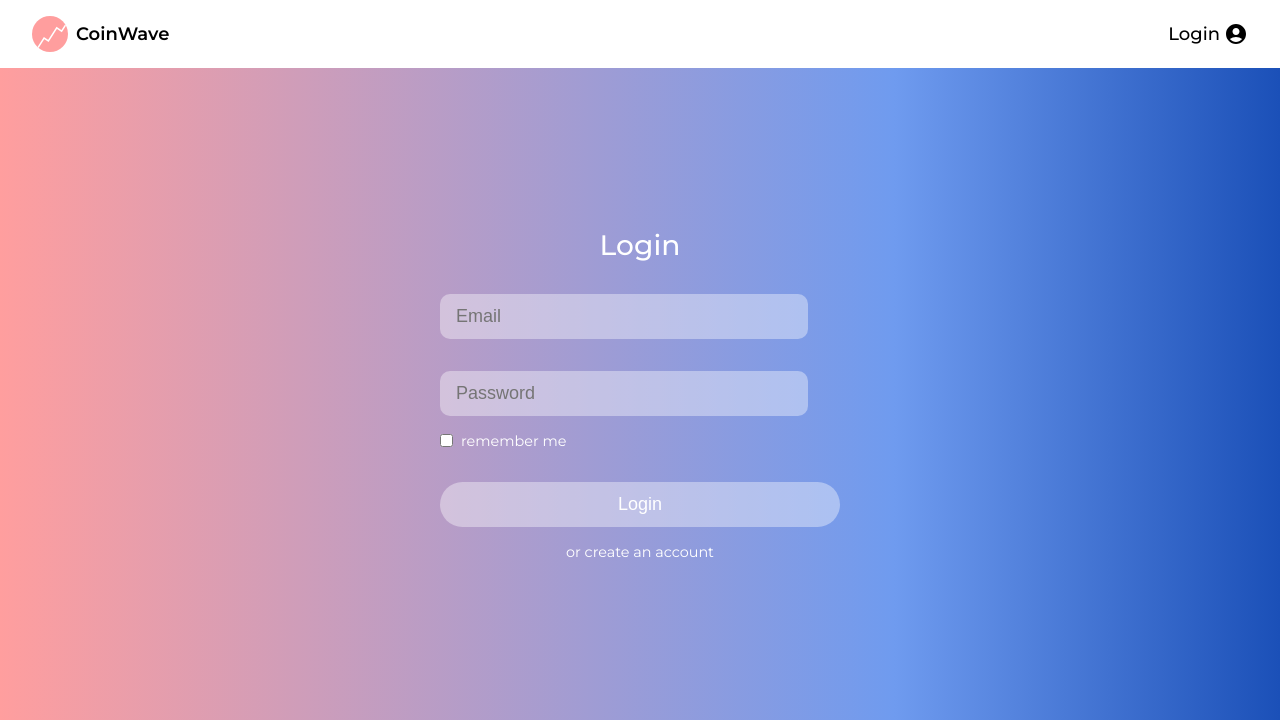
Repository: David-Waite/CoinWave
Page: /login
An editor plug-in stored every save of this project. The page is shown before and after the next save, followed by the edit.
The browser window is 1280 px wide. The pictures show the whole page.
The project was rebuilt for these pictures with package versions that can differ from the ones it lists, and the page was loaded fresh each time. The framework's server and built-in components were replaced by stand-ins that run in the browser. Also part of the build but not shown: next.config.js.

Above is the page before, as saved 2023-08-16 13:50:10.

After the next save:
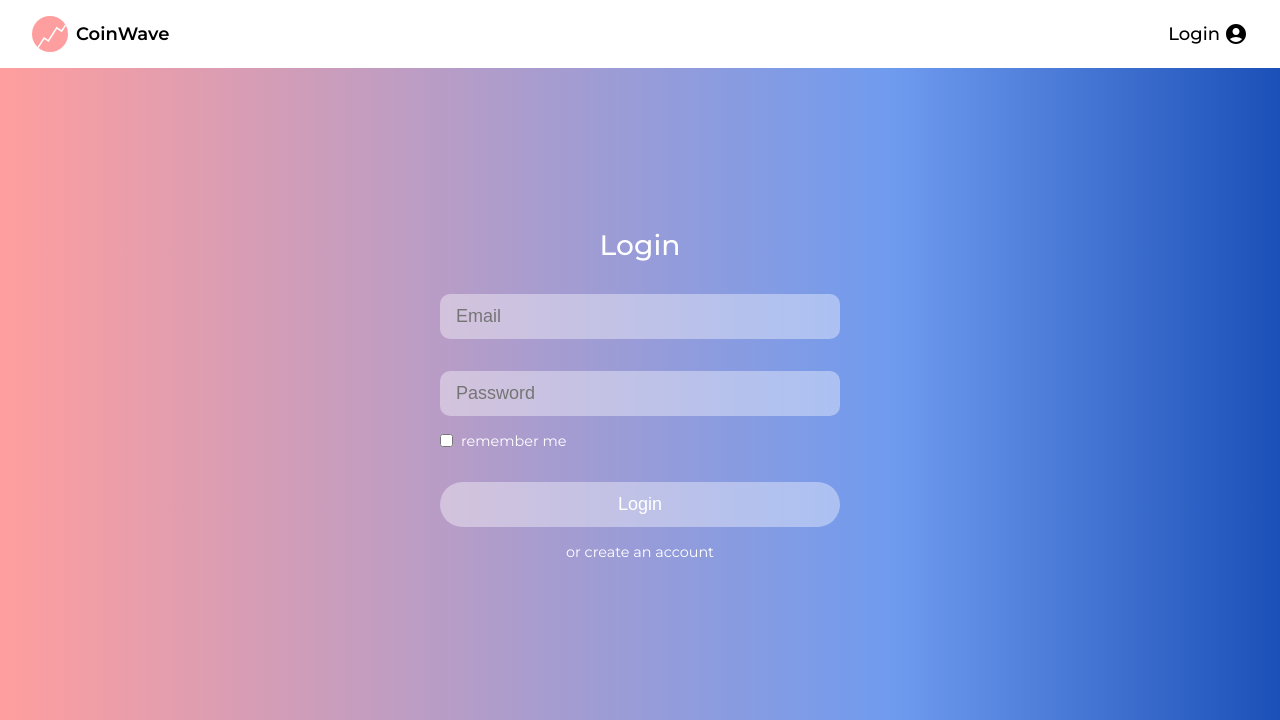
Saved 16 min 28 s later.
--- a/app/login/login.module.css
+++ b/app/login/login.module.css
@@ -45,7 +45,6 @@
   font-size: 18px;
   border-radius: 10px;
   background-color: rgba(255, 255, 255, 0.38);
-  width: calc(100% - 32px);
 }
 
 .loginBtn {
